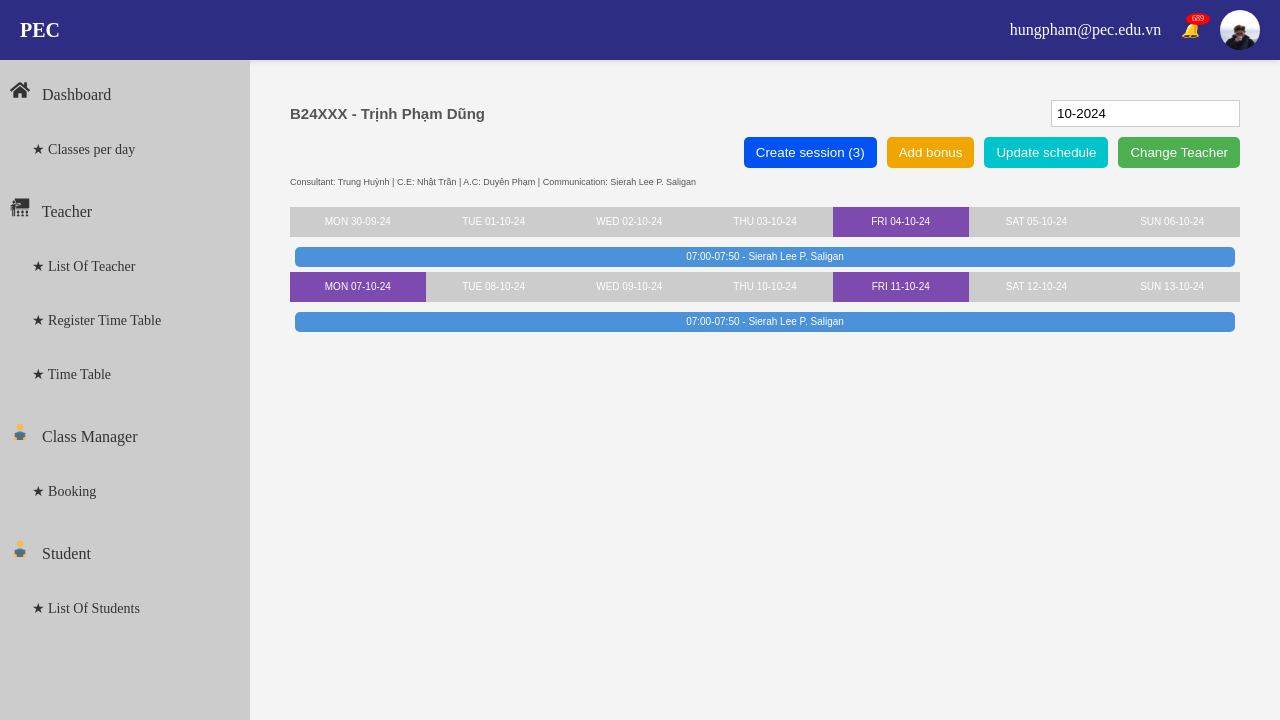
Repository: BitDanceLabels/Bumblebee_BDG
Page: /course-info
These files come from the project's save history. The page is drawn as it stood at one moment and after the next save; the edit follows.
The browser window is 1280 px wide. The pictures show the whole page.
An inner scrolling area shows only its first screen. The project was rebuilt for these pictures with package versions that can differ from the ones it lists, and the page was loaded fresh each time. Also part of the build but not shown: vite.config.js, src/components/Dashboard/ScheduleComponent.jsx, src/components/Management/Booking.jsx, src/components/modal/CreateStudentModal.jsx, src/components/Student/ListOfStudent.jsx, src/components/modal/CreateTeacherModal.jsx, src/components/Teacher/TeacherTable.jsx, src/components/Teacher/ListOfTeacher.jsx and 9 more. Imported but missing from the stored project, and not drawn on this page: src/components/modal/DeactiveStudentModal.

Above is the page before, as saved 2024-10-07 09:07:28.

### index.html
<!DOCTYPE html>
<html lang="en">
  <head>
    <meta charset="UTF-8" />
    <link rel="icon" type="image/svg+xml" href="/vite.svg" />
    <meta name="viewport" content="width=device-width, initial-scale=1.0" />
    <title>Power English CRM</title>
  </head>
  <body>
    <div id="root"></div>
    <script type="module" src="/src/main.jsx"></script>
  </body>
</html>

### src/main.jsx
import { StrictMode } from 'react'
import { createRoot } from 'react-dom/client'
import MainApp from './pages/MainApp.jsx'
import App from './App.jsx'
import './index.css'

createRoot(document.getElementById('root')).render(
  <StrictMode>
    <MainApp />
  </StrictMode>
)

### src/pages/MainApp.jsx
import React from 'react'
import Header from '../components/General/Header'
import Navbar from '../components//General/Navbar'
import ScheduleComponent from '../components/Dashboard/ScheduleComponent'
import Booking from '../components/Management/Booking'
import ListOfStudent from '../components/Student/ListOfStudent'
import ListOfTeacher from '../components/Teacher/ListOfTeacher'
import { BrowserRouter as Router, Route, Routes } from 'react-router-dom'
import styled from 'styled-components'
import TeacherTabs from '../components/Teacher/TeacherTabs'
import StudentProfile from '../components/Student/StudentProfile'
import TeacherRegisterTimeTable from '../components/Teacher/TeacherRegisterTimeTable'
import TeacherTimeTable from '../components/Teacher/TeacherTimeTable'
import CourseInfo from '../components/Student/CourseInfo'

function MainApp() {
  return (
    <Router>
      <MainAppWrapper>
        <HeaderWrapper>
          <Header />
        </HeaderWrapper>
        <div className="main-layout">
          <NavbarWrapper>
            <Navbar />
          </NavbarWrapper>
          <ContentWrapper>
            <Routes>
              <Route path="/classes" element={<ScheduleComponent />} />
              <Route path="/booking" element={<Booking />} />
              <Route path="/students" element={<ListOfStudent />} />
              <Route path="/teacher" element={<ListOfTeacher />} />
              <Route path="/teacher-profile" element={<TeacherTabs />} />
              <Route path="/student-profile" element={<StudentProfile />} />
              <Route path="/teacher-timetable" element={<TeacherTimeTable />} />
              <Route path="/course-info" element={<CourseInfo />} />
              <Route
                path="/teacher-register"
                element={<TeacherRegisterTimeTable />}
              />
              {/* Add more routes as needed */}
            </Routes>
          </ContentWrapper>
        </div>
      </MainAppWrapper>
    </Router>
  )
}

const MainAppWrapper = styled.main`
  width: 100%;
  display: flex;
  flex-direction: column;
  height: 100vh;

  .main-layout {
    display: flex;
    flex-grow: 1;
  }
`

const HeaderWrapper = styled.header`
  position: fixed;
  top: 0;
  width: 100%;
  z-index: 1000;
  background-color: white;
  box-shadow: 0 2px 5px rgba(0, 0, 0, 0.1);
`

const NavbarWrapper = styled.nav`
  position: fixed;
  top: 60px;
  left: 0;
  height: calc(100vh - 60px);
  width: 250px;
  background-color: #ccc;
  color: white;
  z-index: 1000;
`

const ContentWrapper = styled.div`
  margin-top: 60px;
  margin-left: 250px;
  padding: 20px;
  flex-grow: 1;
  background-color: #f4f4f4;
  min-height: 100%;
  overflow-y: auto;
`

export default MainApp

### src/components/General/Header.jsx
import React from 'react'
import avt from '../../assets/avt.jpg'
import styled from 'styled-components'

const Header = () => {
  return (
    <HeaderWrapper>
      <header className="header">
        <div className="header-left">
          <h1>PEC</h1>
        </div>
        <div className="header-right">
          <span className="account-email">hungpham@pec.edu.vn</span>
          <div className="notification">
            <i className="bell-icon">🔔</i>
            <span className="notification-count">689</span>
          </div>
          <img src={avt} alt="avatar" className="avatar" />
        </div>
      </header>
    </HeaderWrapper>
  )
}

const HeaderWrapper = styled.header`
  .header {
    background-color: #2d2e83;
    color: white;
    display: flex;
    justify-content: space-between;
    align-items: center;
    padding: 10px 20px;
  }

  .header-left h1 {
    margin: 0;
    font-size: 2rem;
  }

  .header-right {
    display: flex;
    align-items: center;
  }

  .account-email {
    margin-right: 20px;
    font-size: 1.6rem;
  }

  .notification {
    position: relative;
    margin-right: 20px;
  }

  .bell-icon {
    font-size: 1.5em;
    cursor: pointer;
  }

  .notification-count {
    position: absolute;
    top: -10px;
    right: -10px;
    background-color: red;
    color: white;
    border-radius: 50%;
    padding: 2px 6px;
    font-size: 0.8em;
  }

  .avatar {
    width: 40px;
    height: 40px;
    border-radius: 50%;
    cursor: pointer;
  }
`

export default Header

### src/components/General/Navbar.jsx
import React, { useState } from 'react'
import styled from 'styled-components'
import { FaHome } from 'react-icons/fa'
import { GiTeacher } from 'react-icons/gi'
import { FcReadingEbook } from 'react-icons/fc'
import { Link } from 'react-router-dom' // Import Link from react-router-dom

const Navbar = () => {
  const [activeItem, setActiveItem] = useState('dashboard')

  const handleItemClick = (item) => {
    setActiveItem(item)
  }

  return (
    <NavbarWrapper>
      <nav className="navbar">
        <ul>
          <li onClick={() => handleItemClick('classes')}>
            <Link to="/classes">
              <FaHome style={{ marginRight: '8px', fontSize: '20px' }} />{' '}
              Dashboard
            </Link>
          </li>

          {/* Submenu for Classes per day */}
          <ul className="sub-menu">
            <li
              className={activeItem === 'classes' ? 'active' : ''}
              onClick={() => handleItemClick('classes')}
            >
              <Link to="/classes">★ Classes per day</Link>
            </li>
          </ul>

          <li onClick={() => handleItemClick('teacher')}>
            <Link to="/teacher">
              <GiTeacher style={{ marginRight: '8px', fontSize: '20px' }} />{' '}
              Teacher
            </Link>
          </li>

          {/* Submenu for List Of Teacher */}
          <ul className="sub-menu">
            <li
              className={activeItem === 'teacher' ? 'active' : ''}
              onClick={() => handleItemClick('teacher')}
            >
              <Link to="/teacher">★ List Of Teacher</Link>
            </li>

            <li
              className={activeItem === 'teacher-register' ? 'active' : ''}
              onClick={() => handleItemClick('teacher-register')}
            >
              <Link to="/teacher-register">★ Register Time Table</Link>
            </li>

            <li
              className={activeItem === 'teacher-timetable' ? 'active' : ''}
              onClick={() => handleItemClick('teacher-timetable')}
            >
              <Link to="/teacher-timetable">★ Time Table</Link>
            </li>
          </ul>

          <li onClick={() => handleItemClick('booking')}>
            <Link to="/booking">
              <FcReadingEbook
                style={{ marginRight: '8px', fontSize: '20px' }}
              />{' '}
              Class Manager
            </Link>
          </li>

          {/* Submenu for Booking */}
          <ul className="sub-menu">
            <li
              className={activeItem === 'booking' ? 'active' : ''}
              onClick={() => handleItemClick('booking')}
            >
              <Link to="/booking">★ Booking</Link>
            </li>
          </ul>

          <li onClick={() => handleItemClick('listOfStudent')}>
            <Link to="/students">
              <FcReadingEbook
                style={{ marginRight: '8px', fontSize: '20px' }}
              />{' '}
              Student
            </Link>
          </li>

          {/* Submenu for List Of Students */}
          <ul className="sub-menu">
            <li
              className={activeItem === 'listOfStudent' ? 'active' : ''}
              onClick={() => handleItemClick('listOfStudent')}
            >
              <Link to="/students">★ List Of Students</Link>
            </li>
          </ul>
        </ul>
      </nav>
    </NavbarWrapper>
  )
}

const NavbarWrapper = styled.nav`
  width: 14%;
  .navbar {
    width: 250px;
    background-color: #ccc;
    color: white;
    height: 100%;
  }

  .navbar ul {
    list-style-type: none;
    padding: 0;
    margin: 0;
  }

  .navbar li {
    padding: 10px 0;
    cursor: pointer;
    color: white;
    width: 100%;
  }

  .navbar li a {
    width: 100%;
    padding: 10px;
    color: #333;
    font-weight: 500;
    font-size: 16px;
    display: inline-block;
    transition: transform 0.3s ease;
    text-decoration: none;
  }

  .navbar li:hover a {
    transform: scale(1.2);
    transform-origin: left;
  }

  .navbar li.active {
    background-color: #e1f644;
  }

  /* Submenu styles */
  .sub-menu {
    list-style-type: none;
    padding-left: 20px;
  }

  .sub-menu li {
    padding: 10px 0;
  }

  .sub-menu li a {
    font-size: 14px;
    width: 100%;
    padding-left: 32px;
  }
`

export default Navbar

### src/components/Student/CourseInfo.jsx
import React from 'react'
import styled from 'styled-components'

const CourseInfoContainer = styled.div`
  display: flex;
  flex-direction: column;
  padding: 20px;
  font-family: Arial, sans-serif;
`

const Header = styled.div`
  display: flex;
  justify-content: space-between;
  align-items: center;
`

const CourseTitle = styled.div`
  font-size: 1.5em;
  font-weight: bold;
`

const CommunicationButton = styled.button`
  background-color: #00c4cc;
  color: white;
  border: none;
  padding: 10px;
  border-radius: 5px;
  cursor: pointer;
`

const DateInput = styled.input`
  border: 1px solid #ccc;
  padding: 5px;
  margin-left: 20px;
`

const ConsultantInfo = styled.div`
  margin-top: 10px;
  font-size: 0.9em;
`

const ScheduleContainer = styled.div`
  margin-top: 20px;
`

const DayRow = styled.div`
  display: flex;
  margin-bottom: 10px;
`

const Day = styled.div`
  flex: 1;
  text-align: center;
  padding: 10px;
  background-color: ${({ active }) => (active ? '#7d4ab0' : '#ccc')};
  color: white;
`

const Session = styled.div`
  background-color: #4b92db;
  color: white;
  padding: 5px;
  text-align: center;
  margin: 5px;
  border-radius: 5px;
`

const ActionButtonGroup = styled.div`
  display: flex;
  justify-content: flex-end;
  margin-top: 10px;

  button {
    margin-left: 10px;
    padding: 8px 12px;
    border-radius: 5px;
    border: none;
    cursor: pointer;
  }

  .create-session {
    background-color: #0053f0;
    color: white;
  }

  .add-bonus {
    background-color: #f0a500;
    color: white;
  }

  .update-schedule {
    background-color: #00c4cc;
    color: white;
  }

  .change-teacher {
    background-color: #4caf50;
    color: white;
  }
`

const CourseInfo = () => {
  return (
    <CourseInfoContainer>
      <Header>
        <CourseTitle>B24XXX - Trịnh Phạm Dũng</CourseTitle>
        <DateInput type="text" value="10-2024" readOnly />
      </Header>

      <ActionButtonGroup>
        <button className="create-session">Create session (3)</button>
        <button className="add-bonus">Add bonus</button>
        <button className="update-schedule">Update schedule</button>
        <button className="change-teacher">Change Teacher</button>
      </ActionButtonGroup>

      <ConsultantInfo>
        Consultant: Trung Huỳnh | C.E: Nhật Trần | A.C: Duyên Phạm |
        Communication: Sierah Lee P. Saligan
      </ConsultantInfo>

      <ScheduleContainer>
        <DayRow>
          <Day>MON 30-09-24</Day>
          <Day>TUE 01-10-24</Day>
          <Day>WED 02-10-24</Day>
          <Day>THU 03-10-24</Day>
          <Day active>FRI 04-10-24</Day>
          <Day>SAT 05-10-24</Day>
          <Day>SUN 06-10-24</Day>
        </DayRow>
        <Session>07:00-07:50 - Sierah Lee P. Saligan</Session>

        <DayRow>
          <Day active>MON 07-10-24</Day>
          <Day>TUE 08-10-24</Day>
          <Day>WED 09-10-24</Day>
          <Day>THU 10-10-24</Day>
          <Day active>FRI 11-10-24</Day>
          <Day>SAT 12-10-24</Day>
          <Day>SUN 13-10-24</Day>
        </DayRow>
        <Session>07:00-07:50 - Sierah Lee P. Saligan</Session>
      </ScheduleContainer>
    </CourseInfoContainer>
  )
}

export default CourseInfo

Loaded but not shown: src/index.css (305 lines, source omitted)

After the next save:
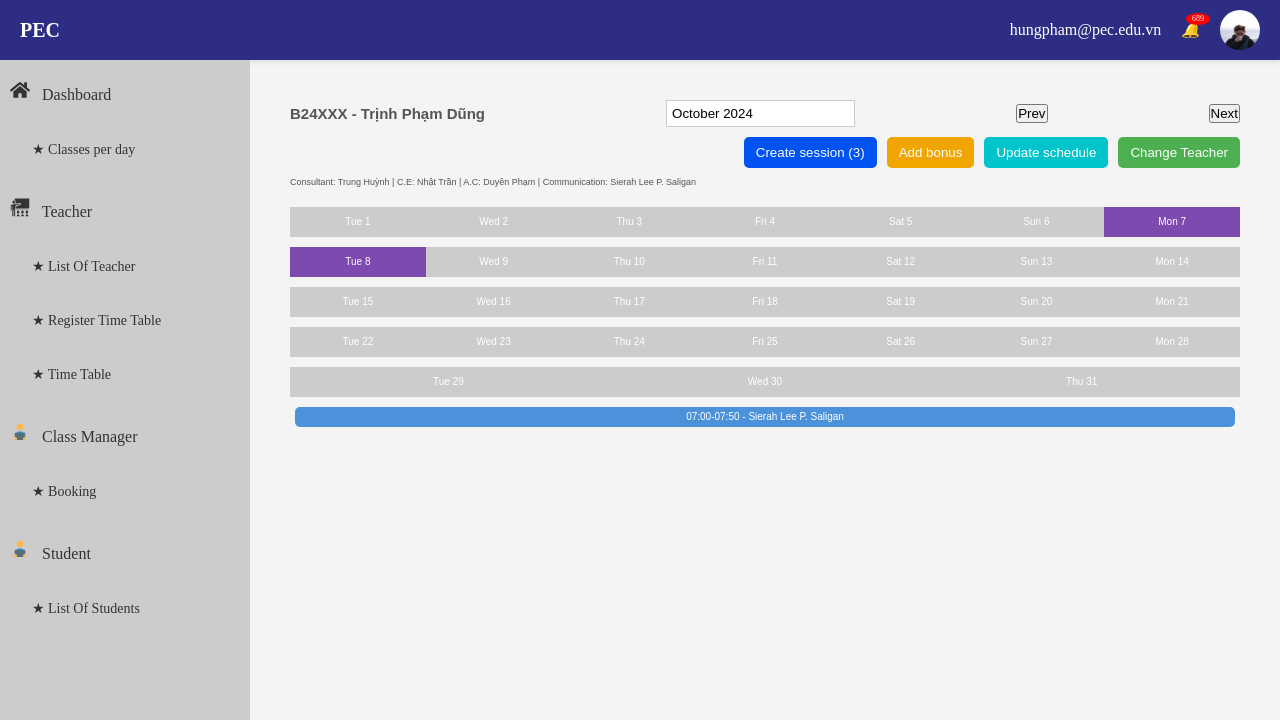
Saved 5 min 6 s later.
--- a/src/components/Student/CourseInfo.jsx
+++ b/src/components/Student/CourseInfo.jsx
@@ -1,4 +1,4 @@
-import React from 'react'
+import React, { useState, useEffect } from 'react'
 import styled from 'styled-components'
 
 const CourseInfoContainer = styled.div`
@@ -100,11 +100,85 @@
 `
 
 const CourseInfo = () => {
+  const [currentMonth, setCurrentMonth] = useState(new Date())
+  const [daysInMonth, setDaysInMonth] = useState([])
+
+  useEffect(() => {
+    const firstDay = new Date(
+      currentMonth.getFullYear(),
+      currentMonth.getMonth(),
+      1
+    )
+    const lastDay = new Date(
+      currentMonth.getFullYear(),
+      currentMonth.getMonth() + 1,
+      0
+    )
+    const daysArray = []
+
+    for (let i = 1; i <= lastDay.getDate(); i++) {
+      daysArray.push(
+        new Date(currentMonth.getFullYear(), currentMonth.getMonth(), i)
+      )
+    }
+
+    setDaysInMonth(daysArray)
+  }, [currentMonth])
+
+  const handleNextMonth = () => {
+    setCurrentMonth(
+      new Date(currentMonth.getFullYear(), currentMonth.getMonth() + 1, 1)
+    )
+  }
+
+  const handlePrevMonth = () => {
+    setCurrentMonth(
+      new Date(currentMonth.getFullYear(), currentMonth.getMonth() - 1, 1)
+    )
+  }
+
+  const renderDays = () => {
+    const rows = []
+    let cells = []
+
+    daysInMonth.forEach((day, index) => {
+      const dayName = day.toLocaleString('default', { weekday: 'short' })
+      const dayNumber = day.getDate()
+      cells.push(
+        <Day
+          key={index}
+          active={dayNumber === 7 || dayNumber === 8 /* Example active days */}
+        >
+          {dayName} {dayNumber}
+        </Day>
+      )
+      if (cells.length === 7) {
+        rows.push(<DayRow key={index}>{cells}</DayRow>)
+        cells = []
+      }
+    })
+
+    if (cells.length > 0) {
+      rows.push(<DayRow key={daysInMonth.length}>{cells}</DayRow>)
+    }
+
+    return rows
+  }
+
   return (
     <CourseInfoContainer>
       <Header>
         <CourseTitle>B24XXX - Trịnh Phạm Dũng</CourseTitle>
-        <DateInput type="text" value="10-2024" readOnly />
+        <DateInput
+          type="text"
+          value={currentMonth.toLocaleDateString('default', {
+            month: 'long',
+            year: 'numeric'
+          })}
+          readOnly
+        />
+        <button onClick={handlePrevMonth}>Prev</button>
+        <button onClick={handleNextMonth}>Next</button>
       </Header>
 
       <ActionButtonGroup>
@@ -120,26 +194,7 @@
       </ConsultantInfo>
 
       <ScheduleContainer>
-        <DayRow>
-          <Day>MON 30-09-24</Day>
-          <Day>TUE 01-10-24</Day>
-          <Day>WED 02-10-24</Day>
-          <Day>THU 03-10-24</Day>
-          <Day active>FRI 04-10-24</Day>
-          <Day>SAT 05-10-24</Day>
-          <Day>SUN 06-10-24</Day>
-        </DayRow>
-        <Session>07:00-07:50 - Sierah Lee P. Saligan</Session>
-
-        <DayRow>
-          <Day active>MON 07-10-24</Day>
-          <Day>TUE 08-10-24</Day>
-          <Day>WED 09-10-24</Day>
-          <Day>THU 10-10-24</Day>
-          <Day active>FRI 11-10-24</Day>
-          <Day>SAT 12-10-24</Day>
-          <Day>SUN 13-10-24</Day>
-        </DayRow>
+        {renderDays()}
         <Session>07:00-07:50 - Sierah Lee P. Saligan</Session>
       </ScheduleContainer>
     </CourseInfoContainer>

After the save that followed:
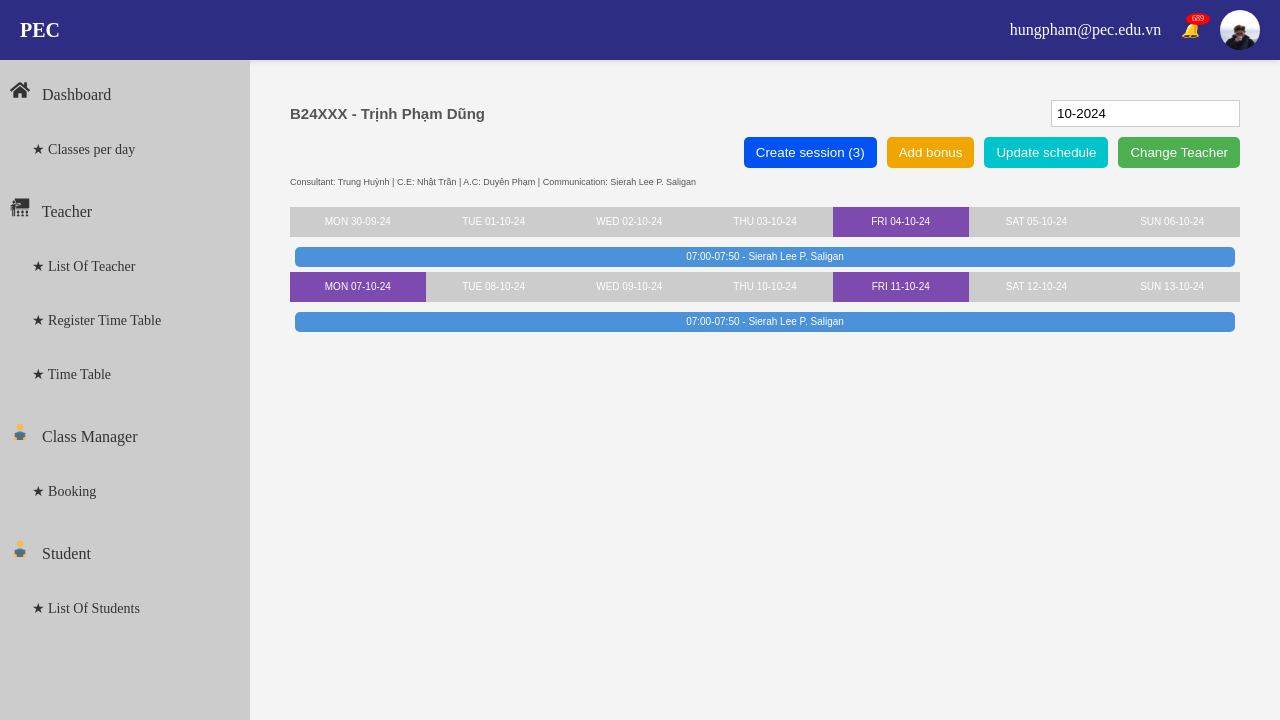
Saved 20 s later.
--- a/src/components/Student/CourseInfo.jsx
+++ b/src/components/Student/CourseInfo.jsx
@@ -1,4 +1,4 @@
-import React, { useState, useEffect } from 'react'
+import React from 'react'
 import styled from 'styled-components'
 
 const CourseInfoContainer = styled.div`
@@ -100,85 +100,11 @@
 `
 
 const CourseInfo = () => {
-  const [currentMonth, setCurrentMonth] = useState(new Date())
-  const [daysInMonth, setDaysInMonth] = useState([])
-
-  useEffect(() => {
-    const firstDay = new Date(
-      currentMonth.getFullYear(),
-      currentMonth.getMonth(),
-      1
-    )
-    const lastDay = new Date(
-      currentMonth.getFullYear(),
-      currentMonth.getMonth() + 1,
-      0
-    )
-    const daysArray = []
-
-    for (let i = 1; i <= lastDay.getDate(); i++) {
-      daysArray.push(
-        new Date(currentMonth.getFullYear(), currentMonth.getMonth(), i)
-      )
-    }
-
-    setDaysInMonth(daysArray)
-  }, [currentMonth])
-
-  const handleNextMonth = () => {
-    setCurrentMonth(
-      new Date(currentMonth.getFullYear(), currentMonth.getMonth() + 1, 1)
-    )
-  }
-
-  const handlePrevMonth = () => {
-    setCurrentMonth(
-      new Date(currentMonth.getFullYear(), currentMonth.getMonth() - 1, 1)
-    )
-  }
-
-  const renderDays = () => {
-    const rows = []
-    let cells = []
-
-    daysInMonth.forEach((day, index) => {
-      const dayName = day.toLocaleString('default', { weekday: 'short' })
-      const dayNumber = day.getDate()
-      cells.push(
-        <Day
-          key={index}
-          active={dayNumber === 7 || dayNumber === 8 /* Example active days */}
-        >
-          {dayName} {dayNumber}
-        </Day>
-      )
-      if (cells.length === 7) {
-        rows.push(<DayRow key={index}>{cells}</DayRow>)
-        cells = []
-      }
-    })
-
-    if (cells.length > 0) {
-      rows.push(<DayRow key={daysInMonth.length}>{cells}</DayRow>)
-    }
-
-    return rows
-  }
-
   return (
     <CourseInfoContainer>
       <Header>
         <CourseTitle>B24XXX - Trịnh Phạm Dũng</CourseTitle>
-        <DateInput
-          type="text"
-          value={currentMonth.toLocaleDateString('default', {
-            month: 'long',
-            year: 'numeric'
-          })}
-          readOnly
-        />
-        <button onClick={handlePrevMonth}>Prev</button>
-        <button onClick={handleNextMonth}>Next</button>
+        <DateInput type="text" value="10-2024" readOnly />
       </Header>
 
       <ActionButtonGroup>
@@ -194,7 +120,26 @@
       </ConsultantInfo>
 
       <ScheduleContainer>
-        {renderDays()}
+        <DayRow>
+          <Day>MON 30-09-24</Day>
+          <Day>TUE 01-10-24</Day>
+          <Day>WED 02-10-24</Day>
+          <Day>THU 03-10-24</Day>
+          <Day active>FRI 04-10-24</Day>
+          <Day>SAT 05-10-24</Day>
+          <Day>SUN 06-10-24</Day>
+        </DayRow>
+        <Session>07:00-07:50 - Sierah Lee P. Saligan</Session>
+
+        <DayRow>
+          <Day active>MON 07-10-24</Day>
+          <Day>TUE 08-10-24</Day>
+          <Day>WED 09-10-24</Day>
+          <Day>THU 10-10-24</Day>
+          <Day active>FRI 11-10-24</Day>
+          <Day>SAT 12-10-24</Day>
+          <Day>SUN 13-10-24</Day>
+        </DayRow>
         <Session>07:00-07:50 - Sierah Lee P. Saligan</Session>
       </ScheduleContainer>
     </CourseInfoContainer>
